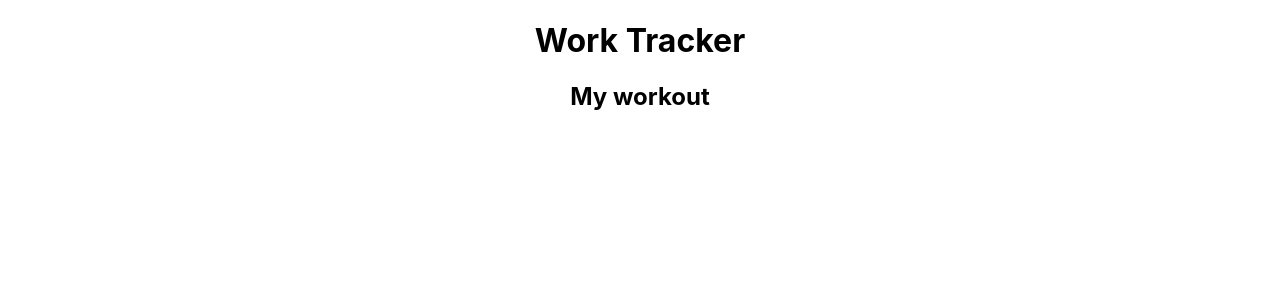
Repository: sudhakaryadav07/react-hooks
Page: /
An editor plug-in stored every save of this project. The page is shown before and after the next save, followed by the edit.
The browser window is 1280 px wide. The pictures show the whole page.
The project was rebuilt for these pictures with package versions that can differ from the ones it lists, and the page was loaded fresh each time.

Above is the page before, as saved 2021-03-25 09:49:24.

After the next save:
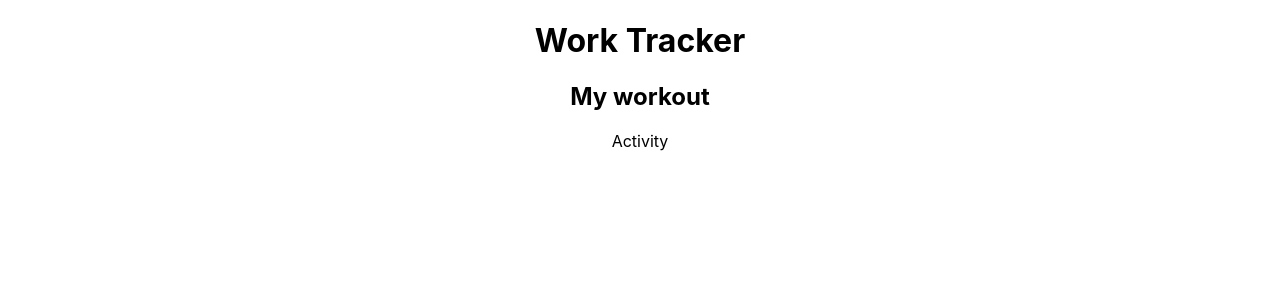
Saved 43 min 2 s later.
--- a/src/components/Activity.js
+++ b/src/components/Activity.js
@@ -3,7 +3,7 @@ import React from 'react'
 const Activity = () => {
     return (
         <div>
-
+            <p>Activity</p>
         </div>
     )
 }
